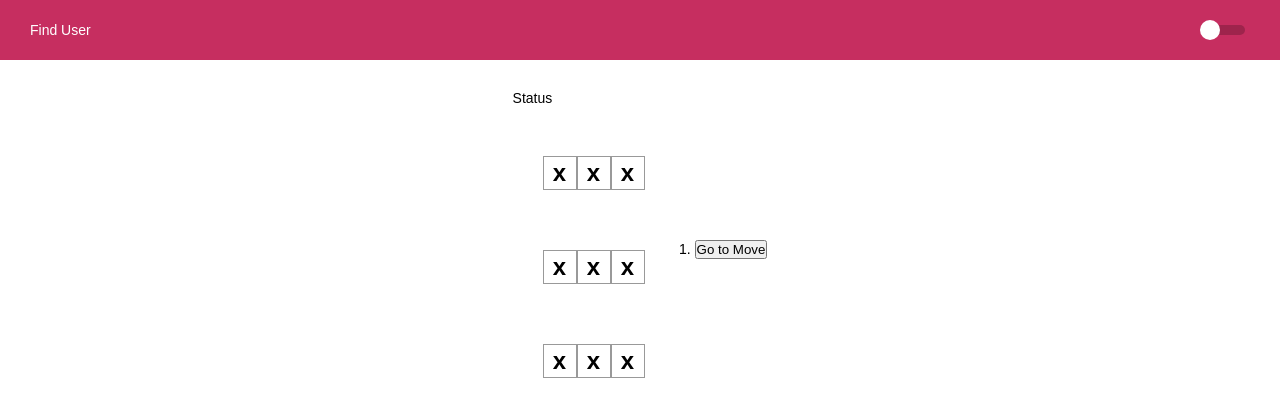
Repository: OmniaRafat232111121/Tic-Tac-Toe
Page: /
These files come from the project's save history. The page is drawn as it stood at one moment and after the next save; the edit follows.
The browser window is 1280 px wide. The pictures show the whole page.
The project was rebuilt for these pictures with package versions that can differ from the ones it lists, and the page was loaded fresh each time.

Above is the page before, as saved 2022-09-20 18:32:50.

After the next save:
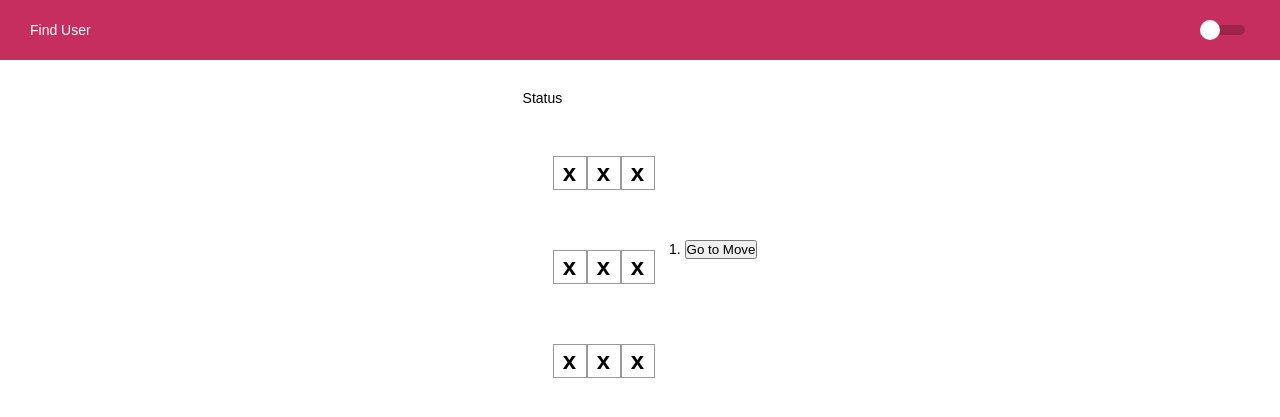
Saved 29 s later.
--- a/src/components/Game.tsx
+++ b/src/components/Game.tsx
@@ -21,7 +21,7 @@ const Column=styled.div<LayoutProps>`
 function Game(){
 return(
 
-<Row gap={20}>
+<Row gap={0}>
 <Column gap={20}>
     <div>Status</div>
     <Board/>
